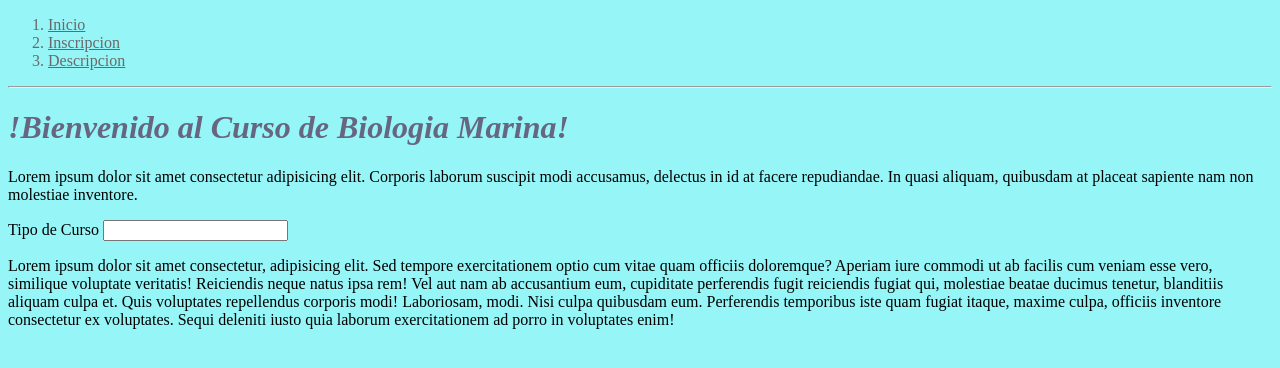
Repository: Arito05/Mi-primer-Repositorio
Page: nuevo/inicio.html
An editor plug-in stored every save of this project. The page is shown before and after a run of saves, followed by the edit.
The browser window is 1280 px wide. The pictures show the whole page.

Above is the page before, as saved 2024-07-20 12:17:23.

After the next 4 saves:
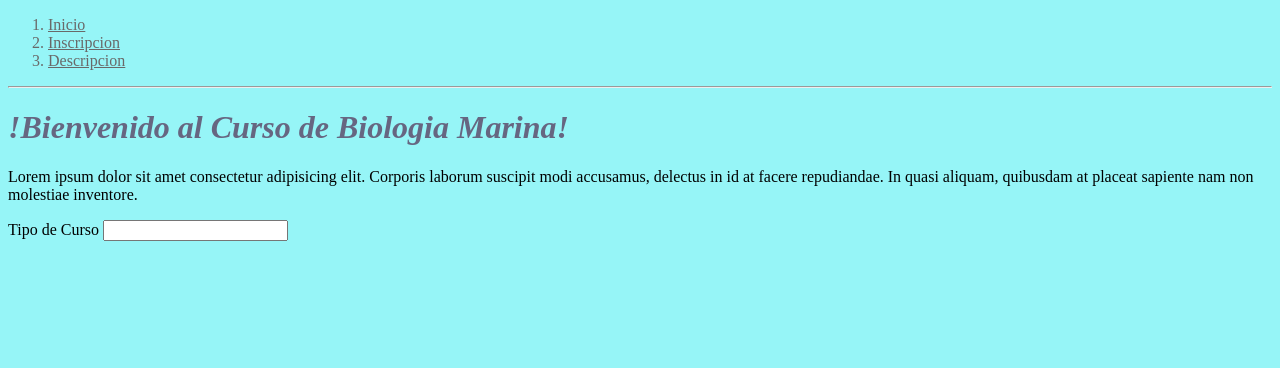
The 4 saves are shown as one change because they came seconds apart.
The last was saved 12 s later.
--- a/nuevo/inicio.html
+++ b/nuevo/inicio.html
@@ -32,8 +32,8 @@
     <input list="cursos" />
     <datalist id="cursos">
       <option value="Basico">
-      <option value="Medio"
-      <option>Avanzado</option>
+      <option value="Medio"></option>
+      <option value=""
     </datalist>
     <p>
       Lorem ipsum dolor sit amet consectetur, adipisicing elit. Sed tempore

After the 5 saves that followed:
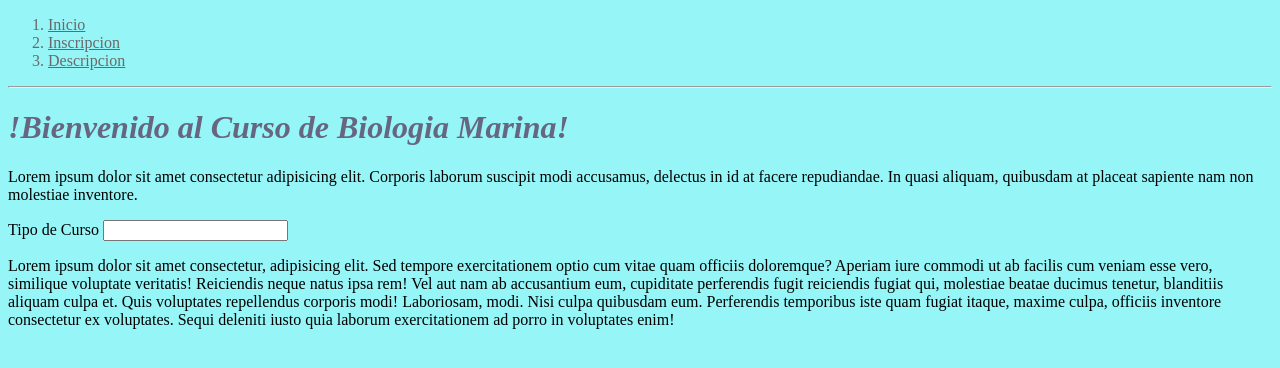
The 5 saves are shown as one change because 2 left the picture as it was and some came seconds apart.
The last was saved 18 s later.
--- a/nuevo/inicio.html
+++ b/nuevo/inicio.html
@@ -32,8 +32,8 @@
     <input list="cursos" />
     <datalist id="cursos">
       <option value="Basico">
-      <option value="Medio"></option>
-      <option value=""
+      <option value="Medio">
+      <option value="Avanzado">
     </datalist>
     <p>
       Lorem ipsum dolor sit amet consectetur, adipisicing elit. Sed tempore
